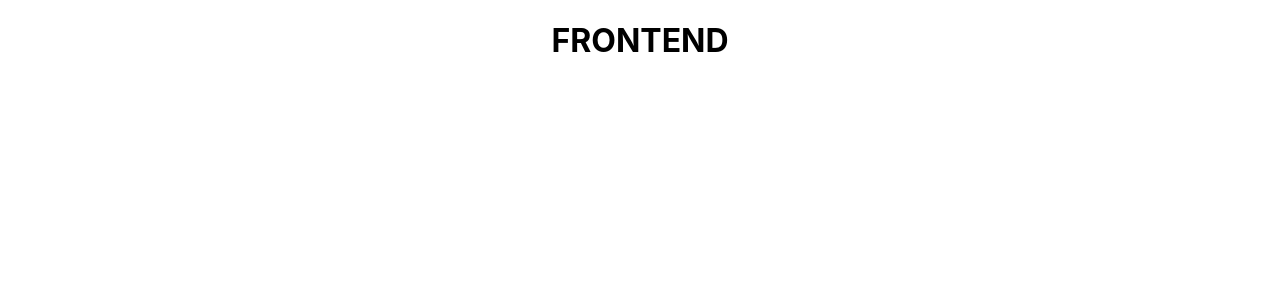
Repository: MikeTroianello/SuPro
Page: /signup (app in frontend/)
The author's editor kept a copy of each file at every save. The page is drawn from the files as they stood at one save, then again after the next save.
The browser window is 1280 px wide. The pictures show the whole page.
The project was rebuilt for these pictures with package versions that can differ from the ones it lists, and the page was loaded fresh each time. A package was used in the major version that the imports need, not the one package.json lists.

Above is the page before, as saved 2019-09-25 22:59:59.

After the next save:
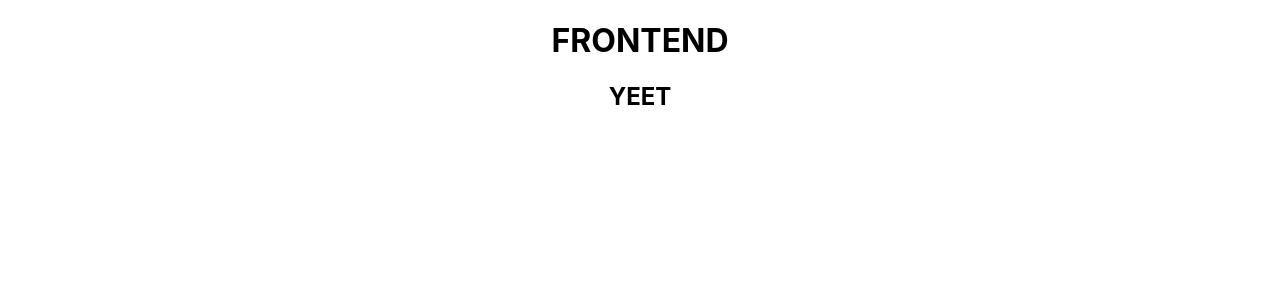
Saved 11 s later.
--- a/frontend/src/App.js
+++ b/frontend/src/App.js
@@ -6,6 +6,7 @@ function App() {
   return (
     <div className='App'>
       <h1>FRONTEND</h1>
+      <h2>YEET</h2>
     </div>
   );
 }
